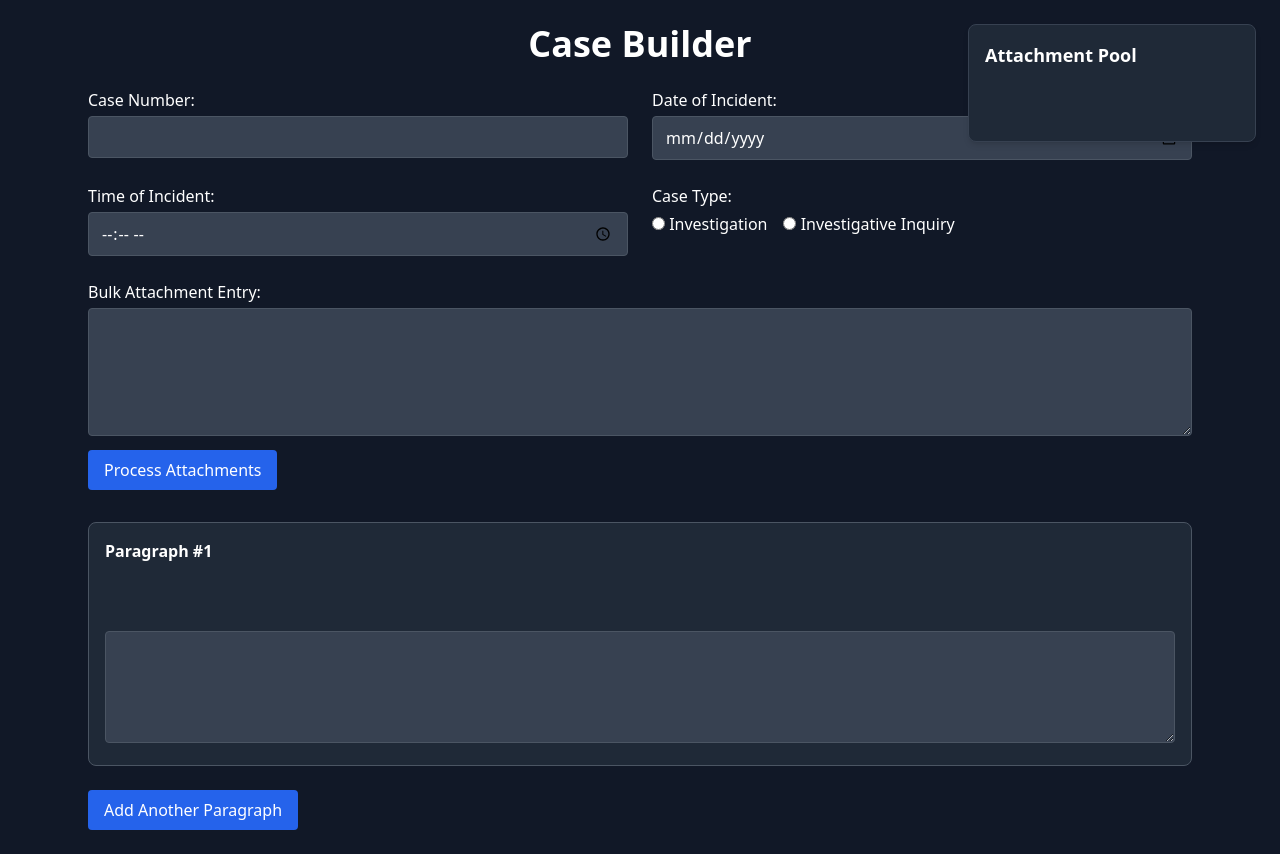
Repository: GettinLudes/CaseBuilder
Page: /
An editor plug-in stored every save of this project. The page is shown before and after the next save, followed by the edit.
The browser window is 1280 px wide. The pictures show the whole page.
The project was rebuilt for these pictures with package versions that can differ from the ones it lists, and the page was loaded fresh each time. Also part of the build but not shown: svelte.config.js, vite.config.js.

Above is the page before, as saved 2025-04-11 13:04:55.

After the next save:
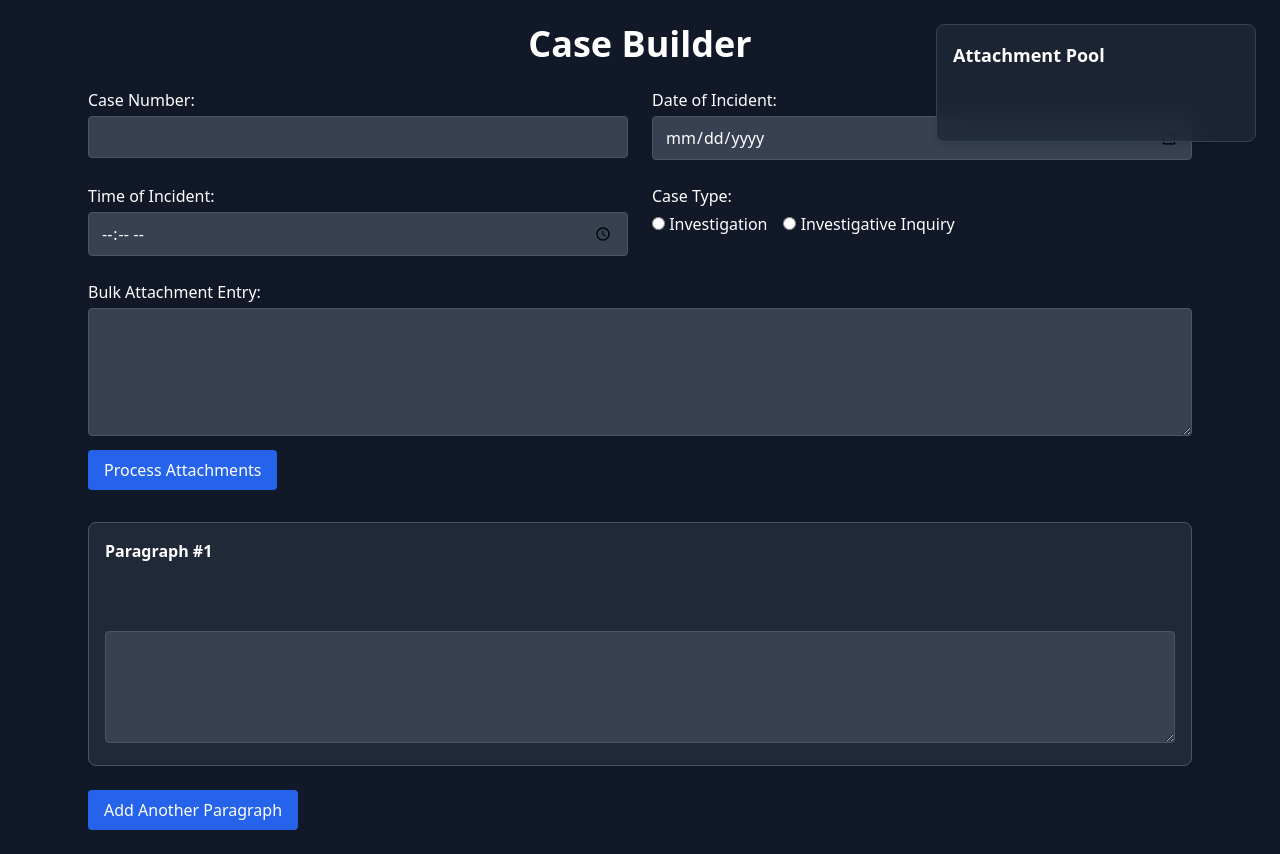
Saved 2 min 50 s later.
--- a/src/App.svelte
+++ b/src/App.svelte
@@ -116,11 +116,11 @@
 		<button class="button mt-2" on:click={processBulkAttachments}>Process Attachments</button>
 	</div>
 
-	<div class="fixed top-6 right-6 w-72 p-4 rounded-lg bg-gray-800 border border-gray-700 shadow-md">
+	<div class="fixed top-6 right-6 w-80 max-h-[85vh] p-4 rounded-lg bg-gray-800/80 border border-gray-700 shadow-md backdrop-blur-md overflow-y-auto cursor-move">
 		<h2 class="text-lg font-semibold mb-2">Attachment Pool</h2>
-		<ul id="attachmentPool" class="drag-and-drop__items">
+		<ul id="attachmentPool" class="drag-and-drop__items text-xs">
 			{#each allAttachments as att (att.id)}
-				<li class="drag-and-drop__item" data-id={att.id}>{att.text || att.raw}</li>
+				<li class="drag-and-drop__item" data-id={att.id}><strong>{att.index + 1}.</strong> {att.text || att.raw}</li>
 			{/each}
 		</ul>
 	</div>
